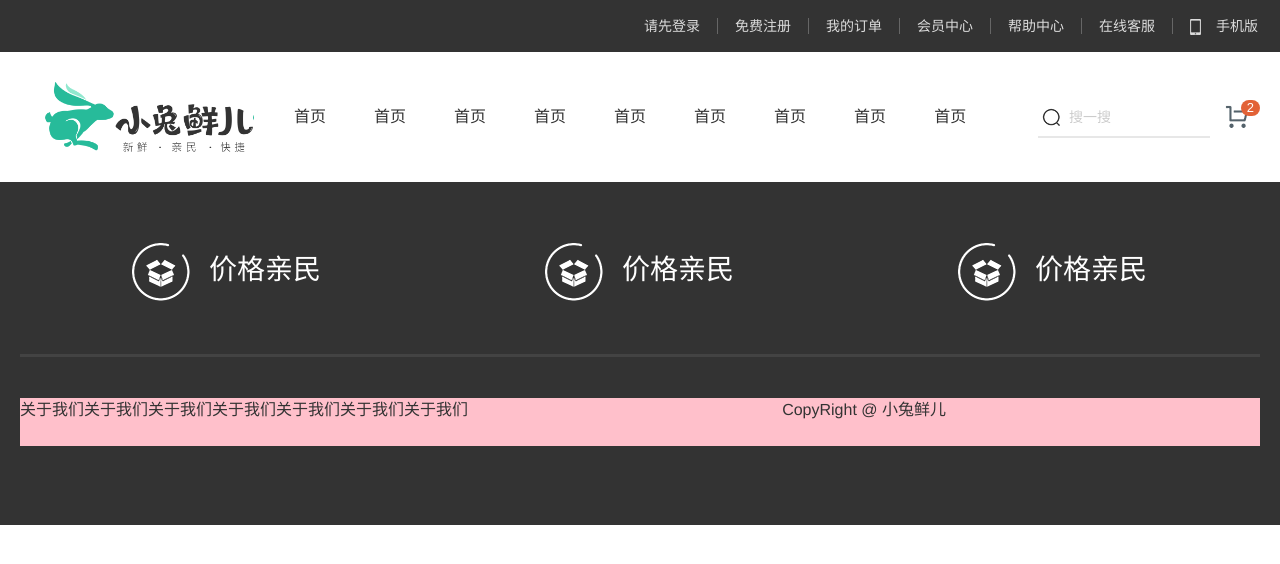
Repository: DengBiHua/xtx_pc_client
Page: index.html
The author's editor kept a copy of each file at every save. The page is drawn from the files as they stood at one save, then again after the next save.
The browser window is 1280 px wide. The pictures show the whole page.

Above is the page before, as saved 2022-04-16 15:38:21.

### index.html
<!DOCTYPE html>
<html lang="zh-CN">
<head>
    <meta charset="UTF-8">
    <meta http-equiv="X-UA-Compatible" content="IE=edge">
    <meta name="viewport" content="width=device-width, initial-scale=1.0">
    <title>小兔鲜儿-新鲜、惠民、快捷！</title>
    <meta name="description" content="小兔鲜儿官网，致力于打造全球最大的食品、生鲜电商购物平台。">
    <meta name="keywords" content="小兔鲜儿,食品,生鲜,服装,家电,电商,购物">
    <link rel="shortcut icon" href="favicon.ico" type="image/x-icon">
    <link rel="stylesheet" href="./css/base.css">
    <link rel="stylesheet" href="./css/common.css">
    <link rel="stylesheet" href="./css/index.css">
</head>
<body>
    <div class="header">
        <div class="wrapper">
            <ul>
                <li><a href="#">请先登录</a></li>
                <li><a href="#">免费注册</a></li>
                <li><a href="#">我的订单</a></li>
                <li><a href="#">会员中心</a></li>
                <li><a href="#">帮助中心</a></li>
                <li><a href="#">在线客服</a></li>
                <li><a href="#"><span></span>手机版</a></li>
            </ul>
        </div>
    </div>
    <div class="nav wrapper">
        <div class="logo">
            <h1><a href="#">小兔鲜儿</a></h1>
        </div>
        <div class="menu">
            <ul>
                <li><a href="#">首页</a></li>
                <li><a href="#">首页</a></li>
                <li><a href="#">首页</a></li>
                <li><a href="#">首页</a></li>
                <li><a href="#">首页</a></li>
                <li><a href="#">首页</a></li>
                <li><a href="#">首页</a></li>
                <li><a href="#">首页</a></li>
                <li><a href="#">首页</a></li>
            </ul>
        </div>
        <div class="buyCar">
            <a href="#"><span>2</span></a>
        </div>
        <div class="search">
            <span></span>
            <input type="text" placeholder="搜一搜">
        </div>
    </div>
    <div class="footer">
        <div class="top wrapper">
            <ul>
                <li><span></span>价格亲民</li>
                <li><span></span>价格亲民</li>
                <li><span></span>价格亲民</li>
            </ul>
        </div>
        <div class="bottom wrapper">
            <ul>
                <li><a href="#">关于我们</a></li>
                <li><a href="#">关于我们</a></li>
                <li><a href="#">关于我们</a></li>
                <li><a href="#">关于我们</a></li>
                <li><a href="#">关于我们</a></li>
                <li><a href="#">关于我们</a></li>
                <li><a href="#">关于我们</a></li>
            </ul>
            <p>CopyRight @ 小兔鲜儿</p>
        </div>
    </div>
</body>
</html>

### css/base.css
/* 清除默认样式的代码 */
/* 去除常见标签默认的 margin 和 padding */
body,
h1,
h2,
h3,
h4,
h5,
h6,
p,
ul,
ol,
li,
dl,
dt,
dd,
input {
  margin: 0;
  padding: 0;
}

/* 內减模式 */
* {
  box-sizing: border-box;
}

/* 设置网页统一的字体大小、行高、字体系列相关属性 */
body {
  font: 16px/1.5 "Helvetica Neue", Helvetica, Arial, "Microsoft Yahei",
    "Hiragino Sans GB", "Heiti SC", "WenQuanYi Micro Hei", sans-serif;
  color: #333;
}

/* 去除列表默认样式 */
ul,
ol {
  list-style: none;
}

/* 去除默认的倾斜效果 */
em,
i {
  font-style: normal;
}

/* 去除a标签默认下划线，并设置默认文字颜色 */
a {
  text-decoration: none;
  color: #333;
}

/* 设置img的垂直对齐方式为居中对齐，去除img默认下间隙 */
img {
  vertical-align: middle;
}

/* 去除input默认样式 */
input {
  border: none;
  outline: none;
  color: #333;
}

/* 左浮动 */
.fl {
  float: left;
}

/* 右浮动 */
.fr {
  float: right;
}

/* 双伪元素清除法 */
.clearfix::before,
.clearfix::after {
  content: "";
  display: table;
}
.clearfix::after {
  clear: both;
}

### css/common.css
.wrapper {
    width: 1240px;
    margin: 0 auto;
}

.header {
    height: 52px;
    background-color: #333333;
}

.header .wrapper {
    height: 52px;
    line-height: 52px;
}

.header .wrapper ul {
    float: right;
}

.header .wrapper li {
    float: left;
}

.header .wrapper li a {
    padding: 0 17px;
    border-right: 1px solid #666666;
    font-size: 14px;
    color: #dcdcdc;
}

.header .wrapper li a span {
    display: inline-block;
    margin-right: 15px;
    width: 11px;
    height: 16px;
    background-image: url(../images/sprites.png);
    background-position: -160px -70px;
    vertical-align: middle;
}

.header .wrapper li:last-child a {
    border: none;
    padding-right: 2px;
}

.nav {
    margin: 30px auto;
    height: 70px;
}

.logo h1 a {
    float: left;
    display: block;
    width: 209px;
    height: 70px;
    margin: 0 16px 0 25px;
    background-image: url(../images/logo.png);
    background-size: contain;
    font-size: 0;
}

.menu {
    float: left;
}

.menu li {
    float: left;
    padding: 0 24px;
    height: 70px;
    line-height: 70px;
}

.menu li a {
    padding-bottom: 7px;
}

.menu li a:hover {
    color: #27ba9b;
    border-bottom: 1px solid #27ba9b;
}

.buyCar {
    float: right;
    margin-top: 23px;
    margin-left: 15px;
    margin-right: 12px;
}

.buyCar a {
    display: inline-block;
    position: relative;
    width: 23px;
    height: 23px;
    background-image: url(../images/sprites.png);
    background-position: -119px -69px;
}

.buyCar span {
    position: absolute;
    top: -5px;
    right: -12px;
    height: 16px;
    padding: 0 6px;
    background-color: #e26237;
    border-radius: 8px;
    line-height: 16px;
    font-size: 13px;
    color: #ffffff;
}

.search {
    float: right;
    position: relative;
    margin-top: 16px;
    border-bottom: 2px solid #e7e7e7;
}

.search input {
    padding-left: 31px;
    width: 172px;
    height: 38px;
    font-size: 14px;
}

.search input::placeholder {
    font-size: 14px;
    color: #cccccc;
}

.search span {
    position: absolute;
    left: 2px;
    top: 50%;
    transform: translate(0, -50%);
    width: 18px;
    height: 18px;
    margin-left: 2px;
    background-image: url(../images/sprites.png);
    background-position: -79px -69px;
}

.footer {
    height: 343px;
    background-color: #333;
}

.footer .top {
    height: 175px;
    border-bottom: 3px solid #434343;
}

.footer .top li {
    float: left;
    margin: auto 0;
    font-size: 28px;
    color: #ffffff;
    width: 413px;
    height: 175px;
    line-height: 175px;
    text-align: center;
}

.footer .top span {
    display: inline-block;
    width: 58px;
    height: 58px;
    margin-right: 19px;
    background-image: url(../images/sprites.png);
    background-position: 0 0;
    vertical-align: middle;
}

.footer .bottom {
    height: 48px;
    margin-top: 41px;
    background-color: pink;
    text-align: center;
}

.footer .bottom li {
    float: left;
}

Loaded but not shown: css/index.css (no stored copy; drawn as an empty file)

After the next save:
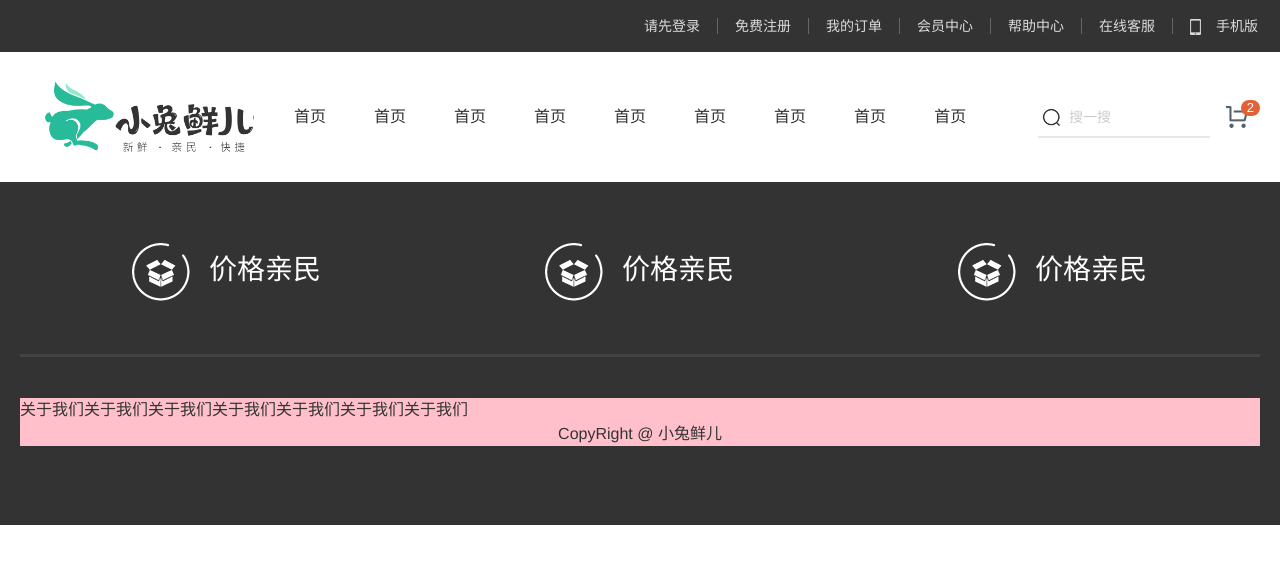
Saved 59 s later.
--- a/index.html
+++ b/index.html
@@ -60,7 +60,7 @@
             </ul>
         </div>
         <div class="bottom wrapper">
-            <ul>
+            <ul class="clearfix">
                 <li><a href="#">关于我们</a></li>
                 <li><a href="#">关于我们</a></li>
                 <li><a href="#">关于我们</a></li>
